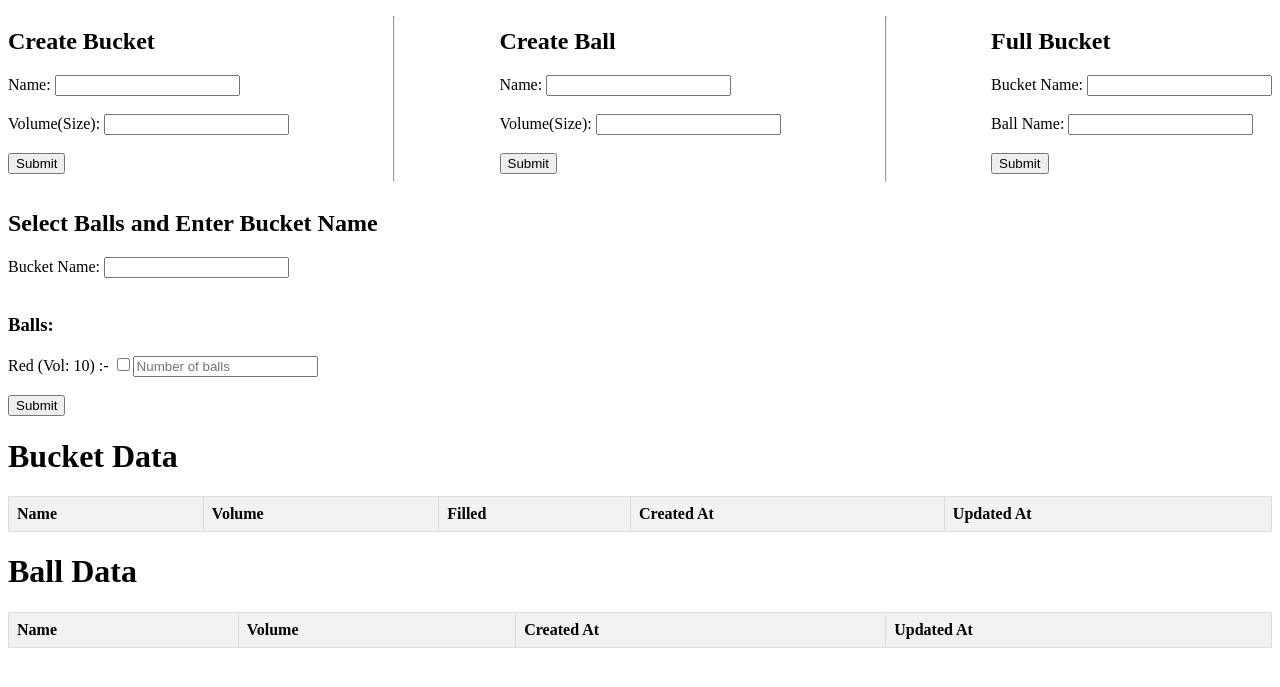
Repository: RajatPalankar8/nodejs_bucket_ball_task_new
Page: http://localhost/
An editor plug-in stored every save of this project. The page is shown before and after the next save, followed by the edit.
The browser window is 1280 px wide. The pictures show the whole page.
The page is served by the project's Node server (index.js). Other server files are loaded and not shown. Queries for data that is not in the repository find no rows.

Above is the page before, as saved 2023-07-28 11:29:38.

### views/index.ejs
<!DOCTYPE html>
<html>

<head>
  <style>
    table {
      border-collapse: collapse;
      width: 100%;
    }

    th,
    td {
      border: 1px solid #ddd;
      padding: 8px;
      text-align: left;
    }

    th {
      background-color: #f2f2f2;
    }
  </style>
  <title>Bucket Ball App</title>
</head>

<body>
  <div style="display: flex;">


    <form id="form1">
      <h2>Create Bucket</h2>
      <label for="name1">Name:</label>
      <input type="text" id="name" name="name" required><br><br>
      <label for="email1">Volume(Size):</label>
      <input type="text" id="vol" name="vol" required><br><br>
      <input type="submit" value="Submit">
      <p id="form1-response"></p>
    </form>
    <hr>
    <form id="form2">
      <h2>Create Ball</h2>
      <label for="name1">Name:</label>
      <input type="text" id="name" name="name" required><br><br>
      <label for="vol">Volume(Size):</label>
      <input type="text" id="vol" name="vol" required><br><br>
      <input type="submit" value="Submit">
      <p id="form2-response"></p>
    </form>
    <hr>
    <form id="form3">
      <h2>Full Bucket</h2>
      <label for="name3">Bucket Name:</label>
      <input type="text" id="bucketName" name="bucketName" required><br><br>
      <label for="vol">Ball Name:</label>
      <input type="text" id="ballName" name="ballName" required><br><br>
      <input type="submit" value="Submit">
      <p id="form3-response"></p>
    </form>
  </div>

  <h2>Select Balls and Enter Bucket Name</h2>
  <form id="ballForm">
    <label for="bucketName">Bucket Name:</label>
    <input type="text" id="bucketName" name="bucketName" required><br><br>

    <h3>Balls:</h3>
    <div id="ballList">
      <!-- Ball data from MongoDB will be dynamically added here -->
    </div>

    <br>
    <input type="submit" value="Submit">
  </form>
  <h1>Bucket Data</h1>
  <table>
    <thead>
      <tr>
        <th>Name</th>
        <th>Volume</th>
        <th>Filled</th>
        <th>Created At</th>
        <th>Updated At</th>
      </tr>
    </thead>
    <tbody>
      <% buckets.forEach(bucket=> { %>
        <tr>
          <td>
            <%= bucket.name %>
          </td>
          <td>
            <%= bucket.vol %>
          </td>
          <td>
            <%= bucket.filled.join(', ') %></td>
          <td><%= bucket.createdAt.toLocaleString() %></td>
          <td><%= bucket.updatedAt.toLocaleString() %></td>
        </tr>
      <% }); %>
    </tbody>
  </table>

  <h1>Ball Data</h1>
  <table>
    <thead>
      <tr>
        <th>Name</th>
        <th>Volume</th>
        <th>Created At</th>
        <th>Updated At</th>
      </tr>
    </thead>
    <tbody>
      <% balls.forEach(ball => { %>
        <tr>
          <td><%= ball.name %></td>
          <td><%= ball.vol %></td>
          <td><%= ball.createdAt.toLocaleString() %></td>
          <td><%= ball.updatedAt.toLocaleString() %></td>
        </tr>
      <% }); %>
    </tbody>
  </table>

  <script src="https://cdn.jsdelivr.net/npm/axios/dist/axios.min.js"></script>
  <script>
    // Function to handle form submission
    function createBucketEvent(event) {
      event.preventDefault(); // Prevent the default form submission

      // Get the form data
      const form = event.target;
      const formData = new FormData(form);

      // Convert form data to JSON object
      const jsonData = {};
      formData.forEach((value, key) => {
        jsonData[key] = value;
      });

      // Make a POST request to the backend API
      axios.post(' http://localhost:3000/createBucket', jsonData).then(response => {
        // Handle the API response
        const formId = form.id;
        const responseElement = document.getElementById(`${formId}-response`);
        responseElement.textContent = response.data.message;

        setTimeout(() => {
          location.reload();
        }, 1000);
      })
        .catch(error => {
          console.error(error); // Handle any errors
        });
    }

    function createBallEvent(event) {
      event.preventDefault(); // Prevent the default form submission

      // Get the form data
      const form = event.target;
      const formData = new FormData(form);

      // Convert form data to JSON object
      const jsonData = {};
      formData.forEach((value, key) => {
        jsonData[key] = value;
      });

      // Make a POST request to the backend API
      axios.post('http://localhost:3000/createBall', jsonData)
        .then(response => {
          // Handle the API response
          const formId = form.id;
          const responseElement = document.getElementById(`${formId}-response`);
          responseElement.textContent = response.data.message;
          setTimeout(() => {
            location.reload();
          }, 1000);
        })
        .catch(error => {
          console.error(error); // Handle any errors
        });
    }

    function fillBucketEvent(event) {
      event.preventDefault(); // Prevent the default form submission

      // Get the form data
      const form = event.target;
      const formData = new FormData(form);

      // Convert form data to JSON object
      const jsonData = {};
      formData.forEach((value, key) => {
        jsonData[key] = value;
      });

      // Make a POST request to the backend API
      axios.post('http://localhost:3000/fillBucket', jsonData)
        .then(response => {
          // Handle the API response
          const formId = form.id;
          const responseElement = document.getElementById(`${formId}-response`);
          responseElement.textContent = response.data.message;
          setTimeout(() => {
            location.reload();
          }, 1000);
        })
        .catch(error => {
          console.error(error); // Handle any errors
        });
    }

    // Attach event listeners to the forms
    const form1 = document.getElementById('form1');
    form1.addEventListener('submit', createBucketEvent);

    const form2 = document.getElementById('form2');
    form2.addEventListener('submit', createBallEvent);

    const form3 = document.getElementById('form3');
    form3.addEventListener('submit', fillBucketEvent);
  </script>


<script>
  // Assuming you have the ball data from MongoDB in a JavaScript array called "balls"
  const balls = [
    {
      "_id": {
        "$oid": "64b3c8d344dc14d9ae78e18d"
      },
      "name": "Red",
      "vol": 10
    },
    // Add more ball objects here if needed
  ];

  // Function to dynamically create ball checkboxes and text fields in the form
  function createBallCheckboxes() {
    const ballListDiv = document.getElementById('ballList');
    balls.forEach(ball => {
      const checkbox = document.createElement('input');
      checkbox.type = 'checkbox';
      checkbox.name = 'balls';
      checkbox.value = ball._id.$oid;

      const label = document.createElement('label');
      label.innerHTML = `${ball.name} (Vol: ${ball.vol}) :- `;
      label.appendChild(checkbox);

      const inputField = document.createElement('input');
      inputField.type = 'number';
      inputField.name = `ball_${ball._id.$oid}`; // Each input field will have a unique name
      inputField.placeholder = 'Number of balls';

      ballListDiv.appendChild(label);
      ballListDiv.appendChild(inputField);
      ballListDiv.appendChild(document.createElement('br'));
    });
  }

  // Call the function to create ball checkboxes and text fields on page load
  createBallCheckboxes();
</script>
</body>

</html>

### index.js
const app = require('./app');
const db = require('./config/db')
const port = 3000;
app.get('/',(req,res)=>{
    res.send('Hello World');
});

app.listen(port,()=>{
    console.log(`Server Listening on Port http://localhost:${port}`);
})

### app.js
const express = require("express");
const bodyParser = require("body-parser");
const bucketRouter = require('./routes/bucket.router');
const BucketModel = require('./model/bucket.model');
const BallModel = require('./model/ball.model');
const path = require("path");
const app = express();

app.use(bodyParser.json())
app.set("view engine", "ejs");
app.set("views", path.join(__dirname, "views"));
app.use(express.static(`${__dirname}/public`));


app.use("/", bucketRouter);

app.use("/", (req, res) => {
  BucketModel.find({})
    .then((buckets) => {
      // Render the HTML template with the fetched data
      BallModel.find({})
        .then((balls) => {
          // Render the HTML template with the fetched data
          res.render('index', { buckets, balls });
        })
        .catch((err) => {
          console.error(err);
          res.status(500).send('Internal Server Error');
        });
    })
    .catch((err) => {
      console.error(err);
      res.status(500).send('Internal Server Error');
    });
});


module.exports = app;

After the next save:
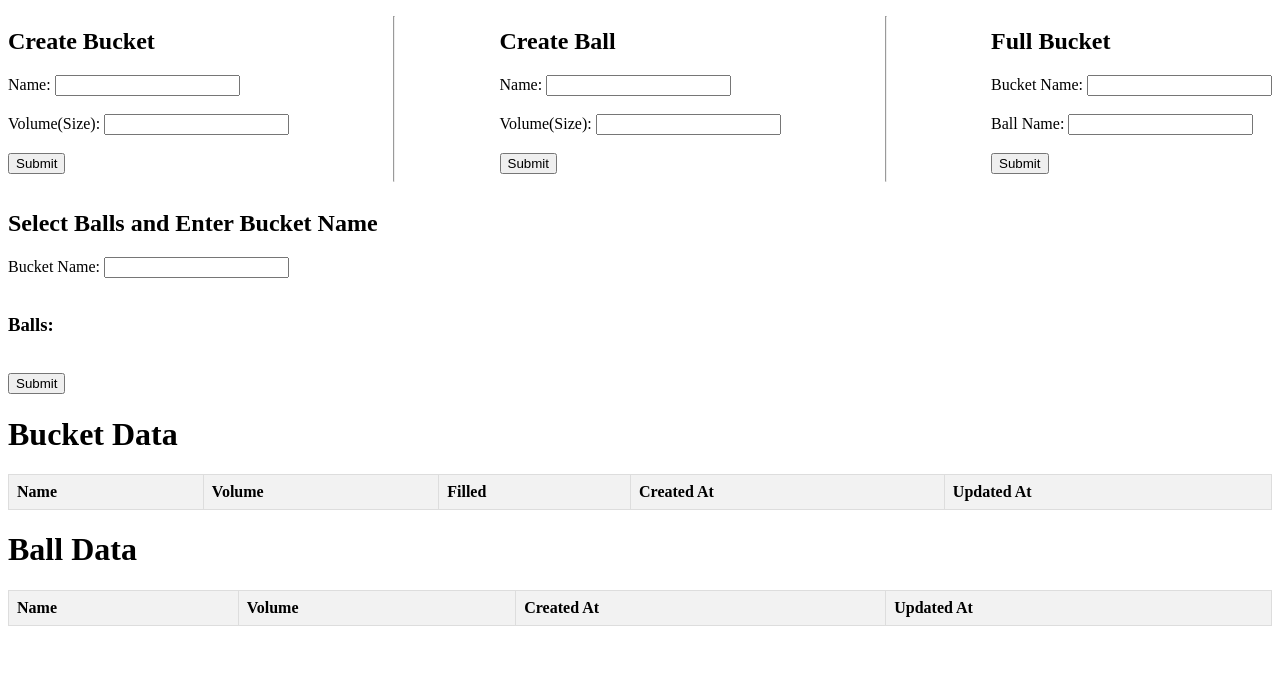
Console error: TypeError: Failed to execute 'appendChild' on 'Node': parameter 1 is not of type 'Node'.
Saved 24 s later.
--- a/views/index.ejs
+++ b/views/index.ejs
@@ -247,6 +247,7 @@
 
       const label = document.createElement('label');
       label.innerHTML = `${ball.name} (Vol: ${ball.vol}) :- `;
+      label.appendChild('&npsp');
       label.appendChild(checkbox);
 
       const inputField = document.createElement('input');

After the 4 saves that followed:
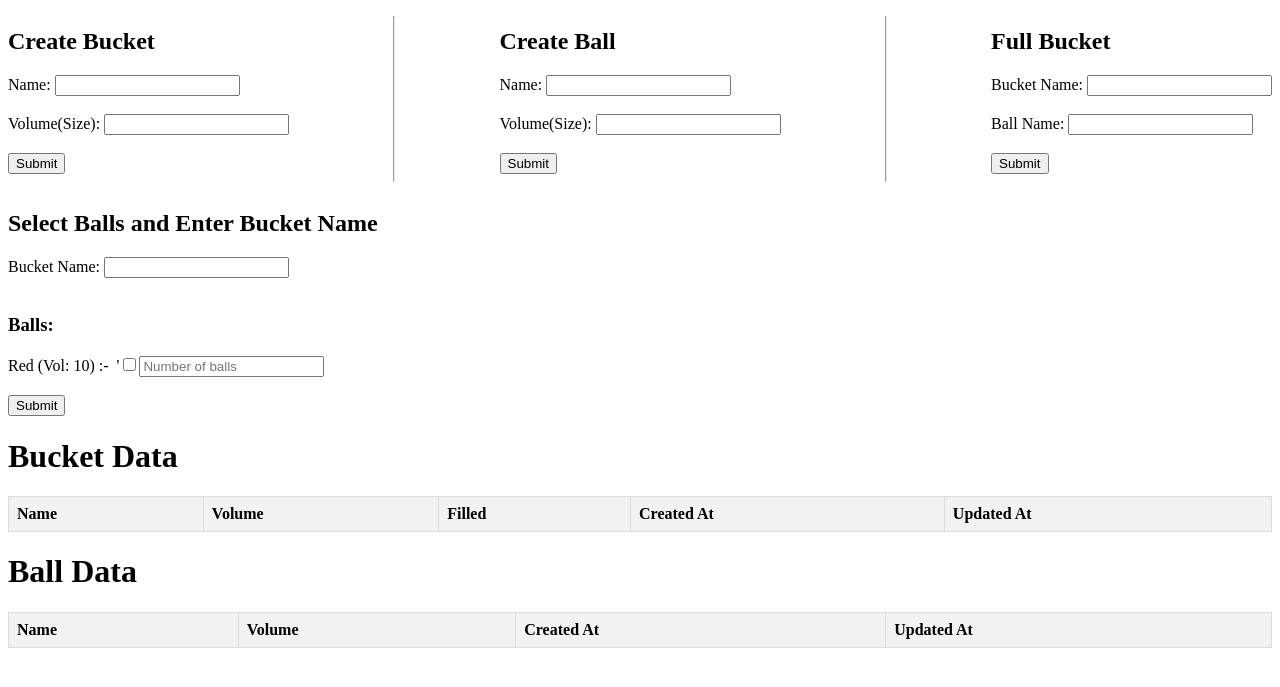
The error is gone.
The 4 saves are shown as one change because 3 left the picture as it was.
The last was saved 76 s later.
--- a/views/index.ejs
+++ b/views/index.ejs
@@ -246,8 +246,8 @@
       checkbox.value = ball._id.$oid;
 
       const label = document.createElement('label');
-      label.innerHTML = `${ball.name} (Vol: ${ball.vol}) :- `;
-      label.appendChild('&npsp');
+      label.innerHTML = `${ball.name} (Vol: ${ball.vol}) :- &nbsp;'`;
+
       label.appendChild(checkbox);
 
       const inputField = document.createElement('input');
